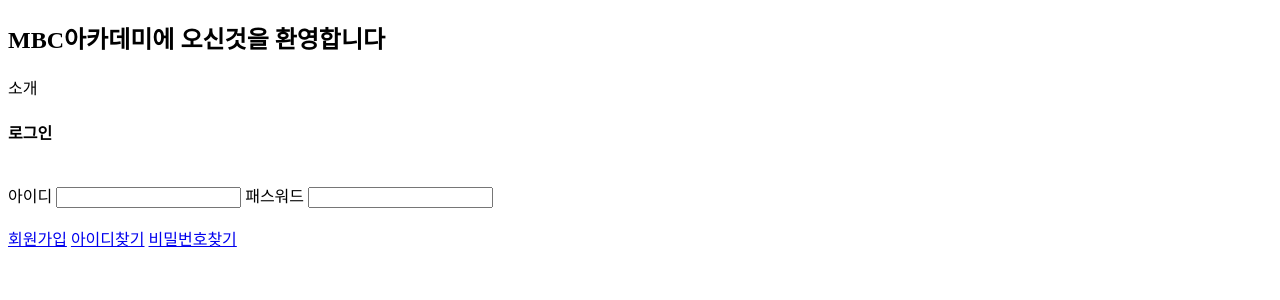
Repository: AHJ2616/Java
Page: http://localhost/board-jsp/Practice/ForRequest.jsp
These files come from the project's save history. The page is drawn as it stood at one moment and after the next save; the edit follows.
The browser window is 1280 px wide. The pictures show the whole page.
The page is served by Tomcat 9.

Above is the page before, as saved 2024-07-23 08:44:32.

After the next save:
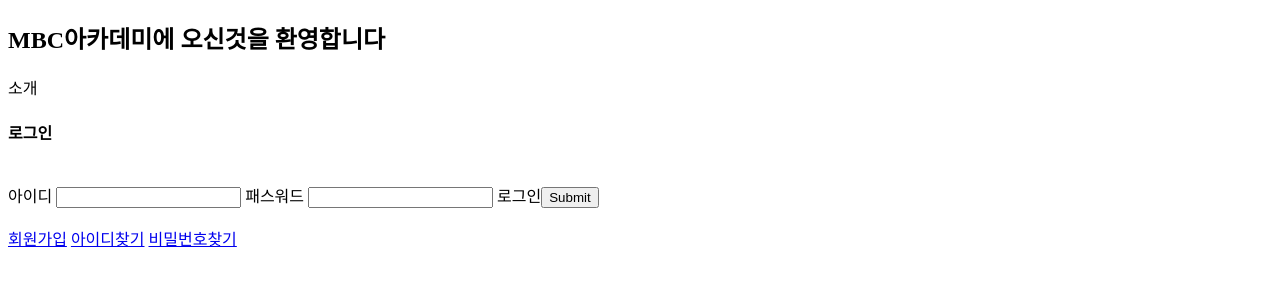
Saved 58 s later.
--- a/jsp_workspace/board-jsp/src/main/webapp/Practice/ForRequest.jsp
+++ b/jsp_workspace/board-jsp/src/main/webapp/Practice/ForRequest.jsp
@@ -17,6 +17,7 @@
 <form name="login+form" action="login.jsp" method="post">
 아이디 <input type="text" name="id" />
 패스워드 <input type="password" name="pw" />
+로그인<input type="submit" />
 </form>
 <br>
 <a href="register.jsp" >회원가입</a>
